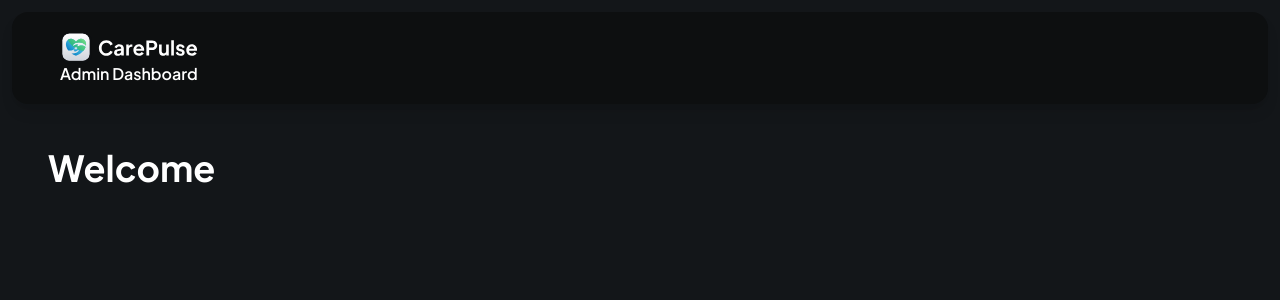
Repository: manucavallera/manu_carepulse
Page: /admin
The author's editor kept a copy of each file at every save. The page is drawn from the files as they stood at one save, then again after the next save.
The browser window is 1280 px wide. The pictures show the whole page.
The project was rebuilt for these pictures with package versions that can differ from the ones it lists, and the page was loaded fresh each time. The framework's server and built-in components were replaced by stand-ins that run in the browser. Also part of the build but not shown: next.config.mjs.

Above is the page before, as saved 2024-10-02 11:04:11.

After the next save:
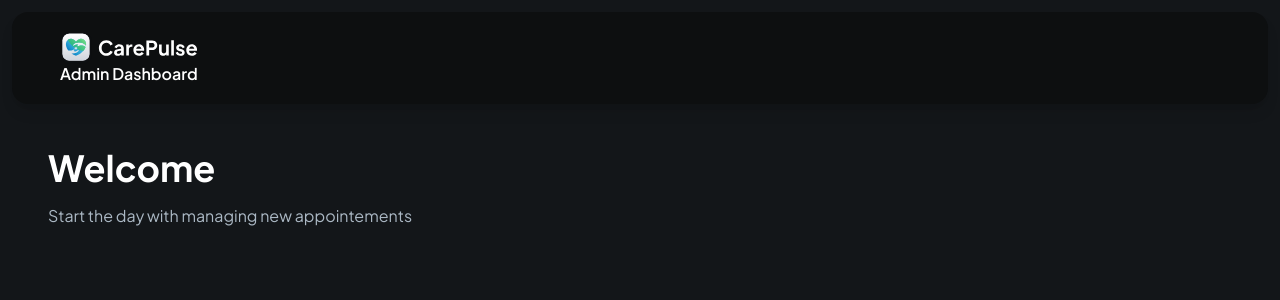
Saved 50 s later.
--- a/app/admin/page.tsx
+++ b/app/admin/page.tsx
@@ -21,7 +21,10 @@
 
       <main className='admin-main'>
         <section className='w-full space-y-4'>
-          <h1 className='header'>Welcome</h1>
+          <h1 className='header'>Welcome </h1>
+          <p className='text-dark-700'>
+            Start the day with managing new appointements
+          </p>
         </section>
       </main>
     </div>
